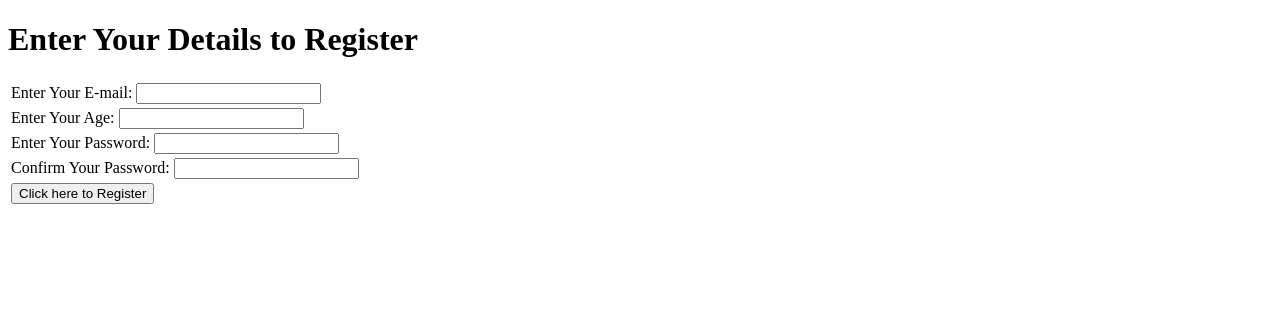
Repository: royalnavghans/JavaFullStackGit
Page: http://localhost/SpringAss2/WEB-INF/Register.jsp
These files come from the project's save history. The page is drawn as it stood at one moment and after the next save; the edit follows.
The browser window is 1280 px wide. The pictures show the whole page.
The page is served by Tomcat 9. Nobody is signed in. Other server files are loaded and not shown. The template is opened directly, without the code that normally fills it, so the values that code supplies are empty.

Above is the page before, as saved 2022-12-04 10:33:51.

### RoyalSpringProjects/RoyalSpringProjects/SpringAss2/src/main/webapp/WEB-INF/Register.jsp
<%@ page language="java" contentType="text/html; charset=ISO-8859-1"
    pageEncoding="ISO-8859-1"%>
    <%@ taglib prefix="form" uri="http://www.springframework.org/tags/form" %>
<!DOCTYPE html>
<html>
<head>
<meta charset="ISO-8859-1">
<title>Insert title here</title>
</head>
<style type="text/css">
.error{color: red}
</style>
<body>
<h1>Enter Your Details to Register</h1>
<table >
<tbody>
	<form:form action="validate" modelAttribute="cust">
	<tr><td>
	<form:label path="Email">Enter Your E-mail:</form:label>
	    <form:input path="Email"/>
		<form:errors path="Email" cssClass="error"/></td></tr>
			<tr><td><form:label path="Age">Enter Your Age:</form:label>
		 <form:input path="Age"/>
		<form:errors path="Age" cssClass="error"/></td></tr>
			<tr><td><form:label path="Password">Enter Your Password:</form:label>
		 <form:input path="Password"/>
		<form:errors path="Password" cssClass="error"/></td></tr>
		 <tr><td><form:label path="ConfrmPassword">Confirm Your Password: </form:label>
		<form:input path="ConfrmPassword"/>
		<form:errors path="ConfrmPassword" cssClass="error"/></td></tr>
			 <tr><td><input type="submit" value="Click here to Register"></td></tr>
	</form:form>
	</tbody>
</table>
</body>
</html>

After the next save:
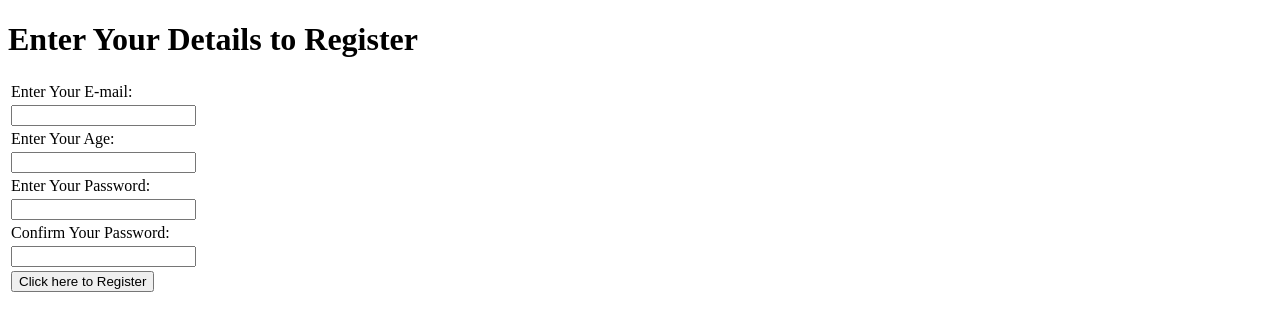
Saved 111 s later.
--- a/RoyalSpringProjects/RoyalSpringProjects/SpringAss2/src/main/webapp/WEB-INF/Register.jsp
+++ b/RoyalSpringProjects/RoyalSpringProjects/SpringAss2/src/main/webapp/WEB-INF/Register.jsp
@@ -16,17 +16,17 @@
 <tbody>
 	<form:form action="validate" modelAttribute="cust">
 	<tr><td>
-	<form:label path="Email">Enter Your E-mail:</form:label>
-	    <form:input path="Email"/>
+	<form:label path="Email">Enter Your E-mail:</form:label></td></tr>
+	   <tr><td> <form:input path="Email"/></td></tr>
 		<form:errors path="Email" cssClass="error"/></td></tr>
-			<tr><td><form:label path="Age">Enter Your Age:</form:label>
-		 <form:input path="Age"/>
+			<tr><td><form:label path="Age">Enter Your Age:</form:label></td></tr>
+		 <tr><td><form:input path="Age"/></td></tr>
 		<form:errors path="Age" cssClass="error"/></td></tr>
-			<tr><td><form:label path="Password">Enter Your Password:</form:label>
-		 <form:input path="Password"/>
+			<tr><td><form:label path="Password">Enter Your Password:</form:label></td></tr>
+		<tr><td> <form:input path="Password"/></td></tr>
 		<form:errors path="Password" cssClass="error"/></td></tr>
-		 <tr><td><form:label path="ConfrmPassword">Confirm Your Password: </form:label>
-		<form:input path="ConfrmPassword"/>
+		 <tr><td><form:label path="ConfrmPassword">Confirm Your Password: </form:label></td></tr>
+		<tr><td><form:input path="ConfrmPassword"/></td></tr>
 		<form:errors path="ConfrmPassword" cssClass="error"/></td></tr>
 			 <tr><td><input type="submit" value="Click here to Register"></td></tr>
 	</form:form>
